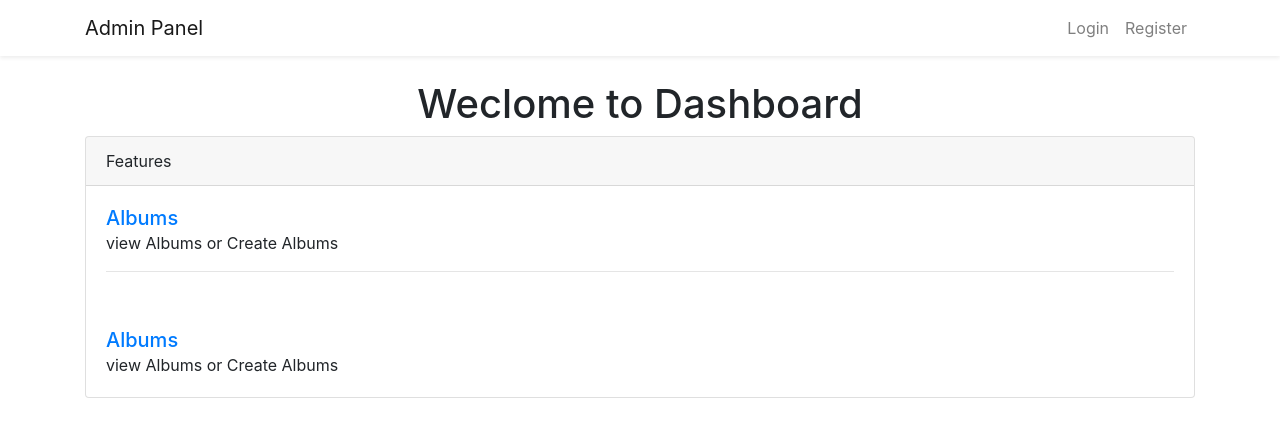
Repository: mohamedelbadawi/Simple-galley-using-laravel
Page: http://localhost/admin/dashboard
These files come from the project's save history. The page is drawn as it stood at one moment and after the next save; the edit follows.
The browser window is 1280 px wide. The pictures show the whole page.
The page is served by the project's Laravel application, run on PHP 8.4 with Laravel 8.

Above is the page before, as saved 2021-09-01 11:57:41.

After the next save:
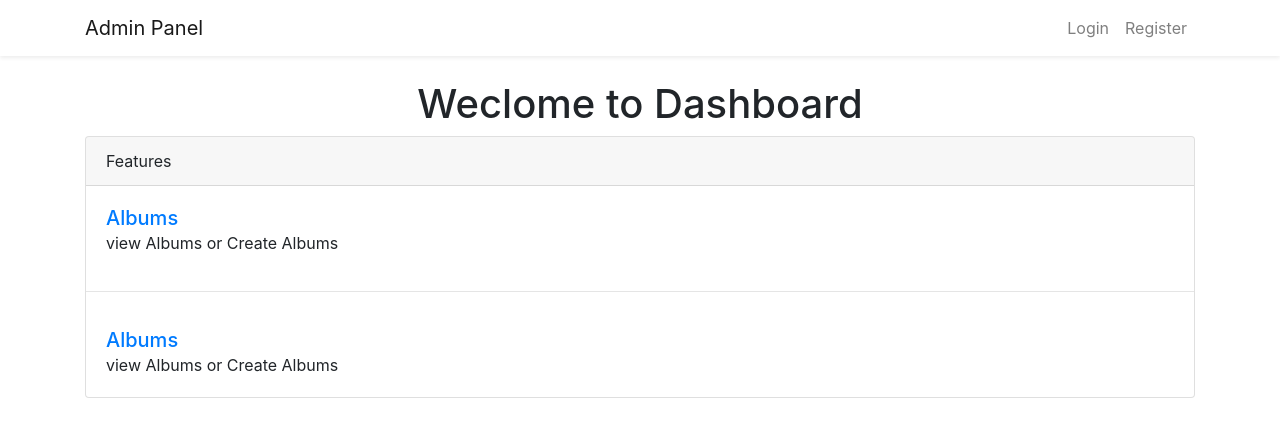
Saved 9 s later.
--- a/Gallery/resources/views/admin/Dashboard.blade.php
+++ b/Gallery/resources/views/admin/Dashboard.blade.php
@@ -12,8 +12,8 @@
             <div class="card-body">
                 <a class="card-title h5" href="{{ route('album.index') }}">Albums</a>
                 <p class="card-text">view Albums or Create Albums</p>
-                <hr>
             </div>
+            <hr>
             <div class="card-body">
                 <a class="card-title h5" href="{{ route('album.index') }}">Albums</a>
                 <p class="card-text">view Albums or Create Albums</p>
